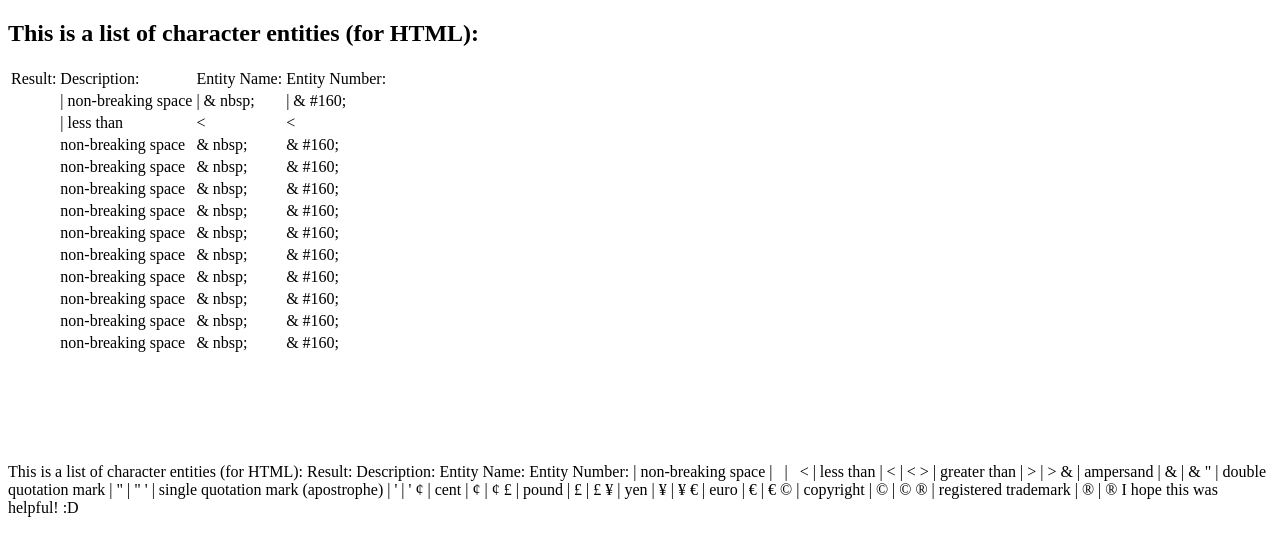
Repository: linas-dev/HTML-CSS-Projects
Page: Basic_HTML_and_CSS/Basic_HTML_5.html
These files come from the project's save history. The page is drawn as it stood at one moment and after the next save; the edit follows.
The browser window is 1280 px wide. The pictures show the whole page.

Above is the page before, as saved 2021-05-30 11:01:53.

After the next save:
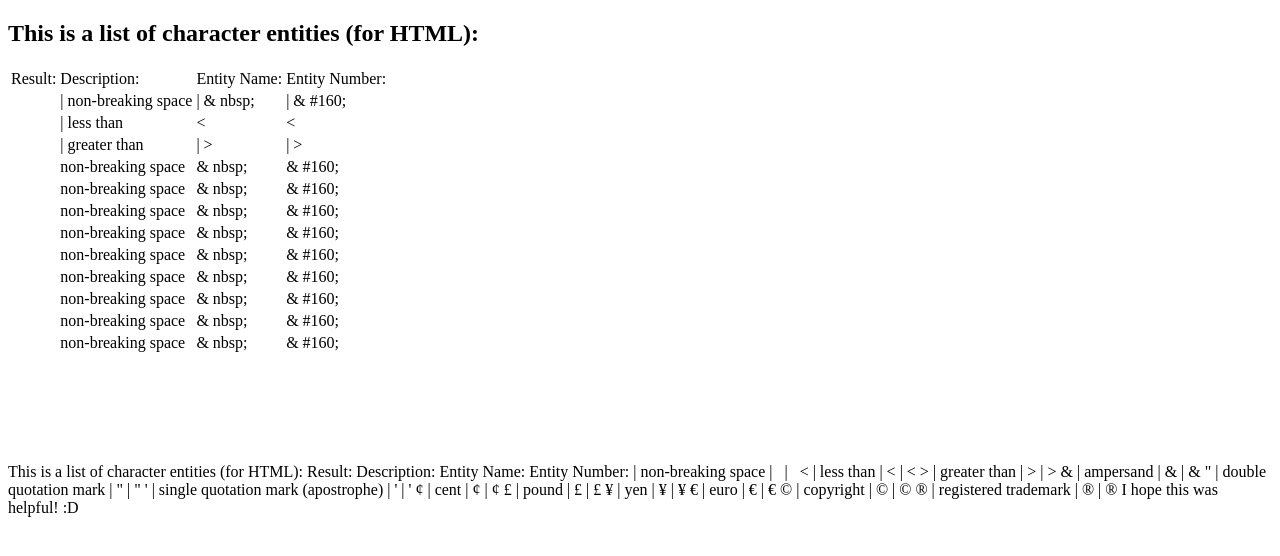
Saved 45 s later.
--- a/Basic_HTML_and_CSS/Basic_HTML_5.html
+++ b/Basic_HTML_and_CSS/Basic_HTML_5.html
@@ -33,9 +33,9 @@
             </tr>
             <tr>
                 <td></td>
-                <td>non-breaking space</td>
-                <td>& nbsp;</td>
-                <td>& #160;</td>
+                <td>| greater than</td>
+                <td>| &gt;</td>
+                <td>| &#62;</td>
             </tr>
             <tr>
                 <td></td>
